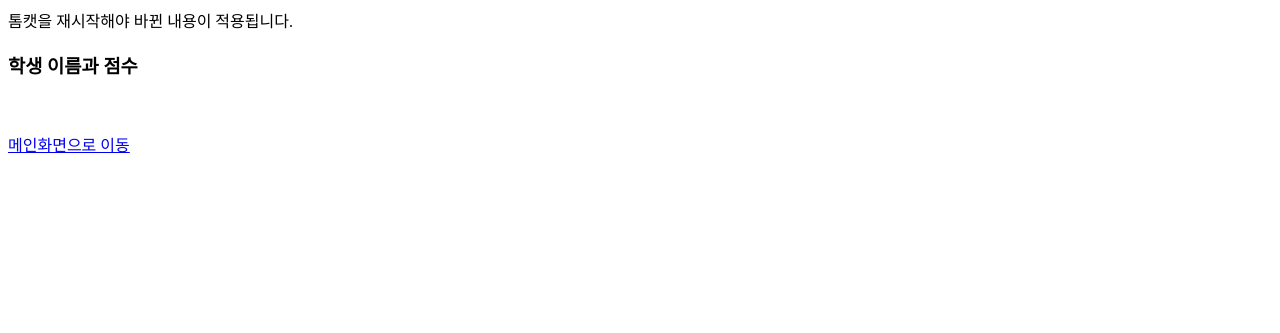
Repository: HeeJaeRA/Yedam
Page: http://localhost/helloWeb/LoginServlet
An editor plug-in stored every save of this project. The page is shown before and after the next save, followed by the edit.
The browser window is 1280 px wide. The pictures show the whole page.
The page is served by Tomcat 9.

Above is the page before, as saved 2023-10-24 01:29:37.

After the next save:
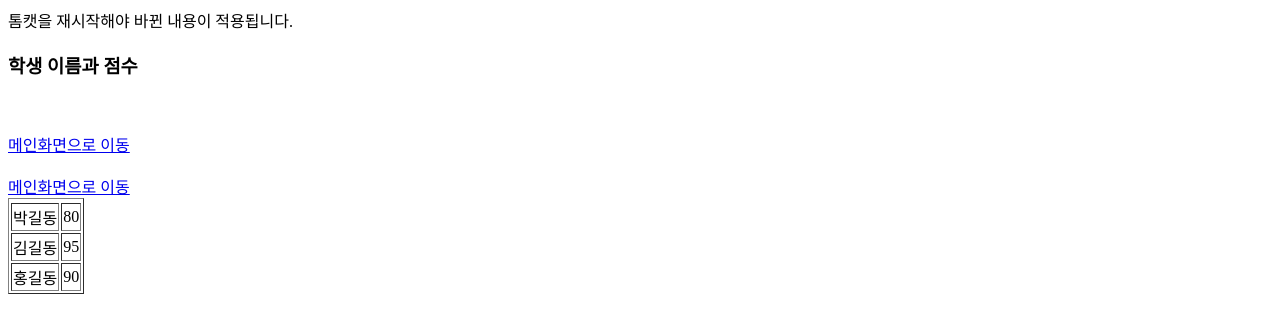
Saved 14 s later.
--- a/Dev/workspace/helloWeb/src/main/java/org/yedam/LoginServlet.java
+++ b/Dev/workspace/helloWeb/src/main/java/org/yedam/LoginServlet.java
@@ -44,6 +44,7 @@ public class LoginServlet extends HttpServlet {
 			str += "<tr><td>" + item + "</td><td>" + map.get(item) + "</td></tr>";
 		}
 		str += "</tbody></html>";
+		out.print(str);
 
 		out.print("<br><br><a href = 'index.html'>메인화면으로 이동</a>");
 	}
